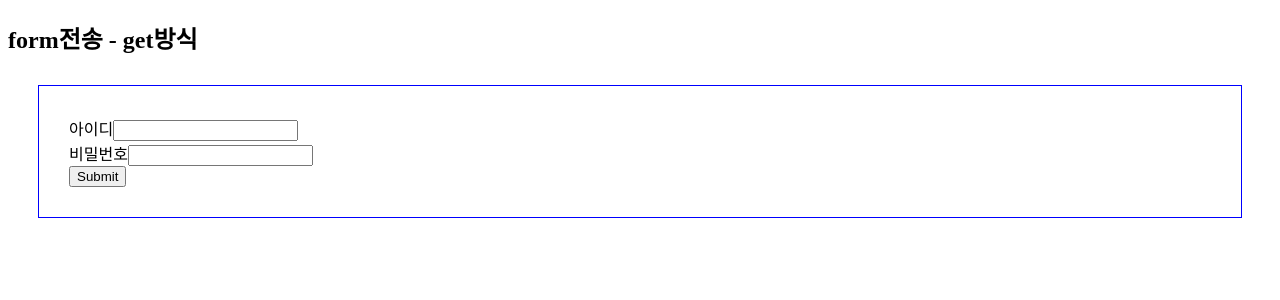
Repository: windy9109/FrontendClass
Page: webpro/src/main/webapp/0225/formDate.html
These files come from the project's save history. The page is drawn as it stood at one moment and after the next save; the edit follows.
The browser window is 1280 px wide. The pictures show the whole page.

Above is the page before, as saved 2022-02-25 05:31:02.

After the next save:
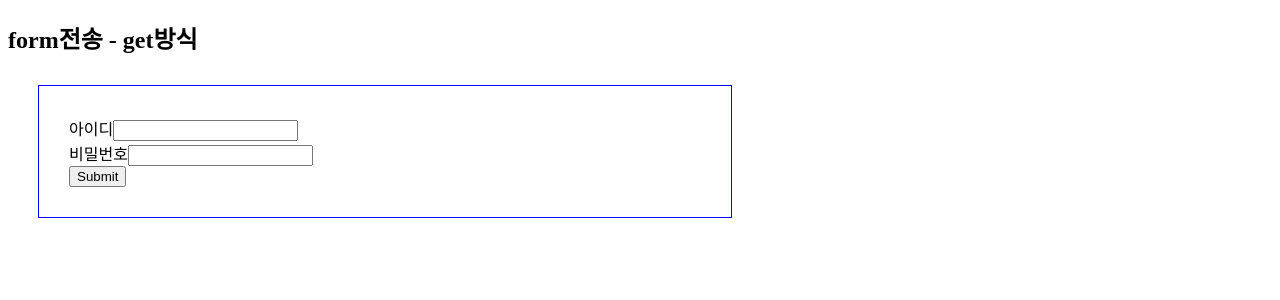
Saved 12 min 29 s later.
--- a/webpro/src/main/webapp/0225/formDate.html
+++ b/webpro/src/main/webapp/0225/formDate.html
@@ -8,6 +8,7 @@ form{
 border: 1px solid blue;
 margin: 30px;
 padding: 30px;
+width:50%;
 }
 </style>
 </head>
@@ -20,5 +21,8 @@ padding: 30px;
 		<input type="submit">
 	</form>
 
+
+
+
 </body>
 </html>
